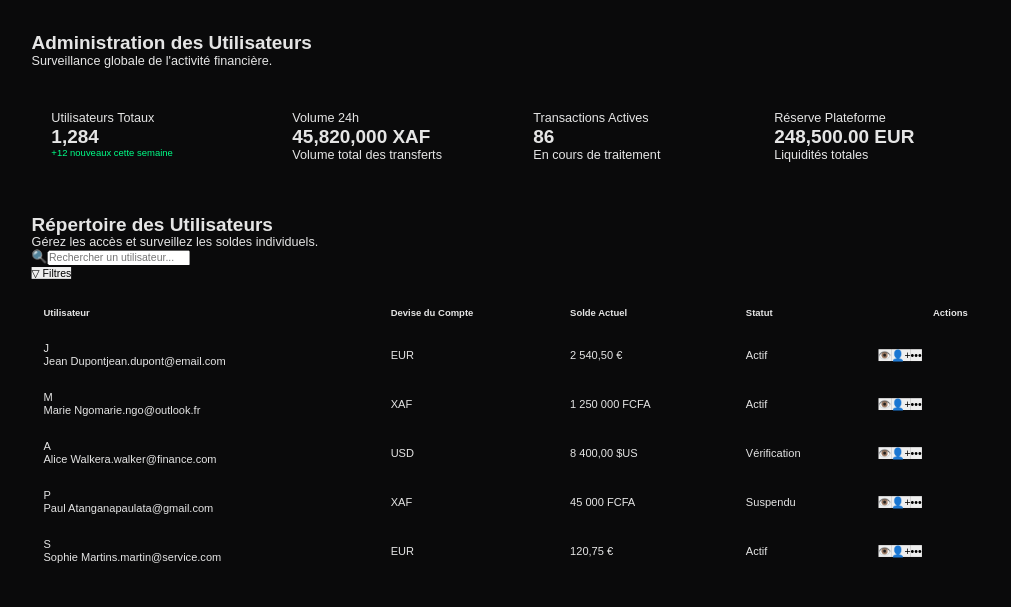
Repository: laetitiamaelle/G5_programmationwebII_l2_plateforme_de_transfert_multidevise
Page: /admin
These files come from the project's save history. The page is drawn as it stood at one moment and after the next save; the edit follows.
The browser window is 1280 px wide. The pictures show the whole page, at 79% of full size.
The project was rebuilt for these pictures with package versions that can differ from the ones it lists, and the page was loaded fresh each time. The framework's server and built-in components were replaced by stand-ins that run in the browser. Also part of the build but not shown: next.config.ts.

Above is the page before, as saved 2026-05-13 13:08:00.

### app/admin/page.tsx
"use client";

import StatCard from '@/components/statCard';
import UserTable from '@/components/userTable';
import Sidebar from '@/components/Sidebar';

export default function DashboardPage() {
  return (
    <div className="dashboard-view">
      <section className="welcome">
        <h1>Administration des Utilisateurs</h1>
        <p>Surveillance globale de l'activité financière.</p>
      </section>
      <div className="stats-grid">
        <StatCard
          label="Utilisateurs Totaux"
          value="1,284"
          trend="+12 nouveaux cette semaine"
        />
        <StatCard
          label="Volume 24h"
          value="45,820,000 XAF"
          subtext="Volume total des transferts"
        />
        <StatCard
          label="Transactions Actives"
          value="86"
          subtext="En cours de traitement"
        />
        <StatCard
          label="Réserve Plateforme"
          value="248,500.00 EUR"
          isGold={true}
          subtext="Liquidités totales"
        />
      </div>
    <section className="table-section-wrapper" style={{ marginTop: '40px' }}>
    <UserTable />
      </section>
    </div>
  );
}

### app/globals.css
* {
    margin: 0;
    padding: 0;
    box-sizing: border-box;
}

body {
    background: #0A0A0B;
    color: #E5E5E5;
    font-family: Arial, sans-serif;
}

a {
    text-decoration: none;
    color: inherit;
}

button {
    cursor: pointer;
    border: none;
    font-family: inherit;
}

### components/statCard.tsx
'use client'
import React from 'react';
import './admin.css'

interface StatCardProps {
  label: string;
  value: string;
  subtext?: string;
  trend?: string;
  isGold?: boolean; // Pour activer la bordure dorée si besoin
}

export default function StatCard({ label, value, subtext, trend, isGold }: StatCardProps) {
  return (
    <div className={`stat-card ${isGold ? 'gold-border' : ''}`}>
      <span className="card-label">{label}</span>
      <h2 className={isGold ? 'gold-text' : ''}>{value}</h2>

      {trend && <p className="trend">{trend}</p>}
      {subtext && <p className="subtext">{subtext}</p>}
    </div>
  );
}

### components/userTable.tsx
'use client'
import React from 'react';
import './admin.css'

const users = [
  { id: 1, name: "Jean Dupont", email: "jean.dupont@email.com", currency: "EUR", balance: "2 540,50 €", status: "Actif" },
  { id: 2, name: "Marie Ngo", email: "marie.ngo@outlook.fr", currency: "XAF", balance: "1 250 000 FCFA", status: "Actif" },
  { id: 3, name: "Alice Walker", email: "a.walker@finance.com", currency: "USD", balance: "8 400,00 $US", status: "Vérification" },
  { id: 4, name: "Paul Atangana", email: "paulata@gmail.com", currency: "XAF", balance: "45 000 FCFA", status: "Suspendu" },
  { id: 5, name: "Sophie Martin", email: "s.martin@service.com", currency: "EUR", balance: "120,75 €", status: "Actif" },
];

export default function UserTable() {
  return (
    <div className="user-table-container">
      <div className="table-header-row">
        <div className="table-title-area">
          <h2>Répertoire des Utilisateurs</h2>
          <p>Gérez les accès et surveillez les soldes individuels.</p>
        </div>
        <div className="table-controls">
          <div className="inner-search">
            <span>🔍</span>
            <input type="text" placeholder="Rechercher un utilisateur..." />
          </div>
          <button className="filter-btn-table">
             <span>▽</span> Filtres
          </button>
        </div>
      </div>

      {/* LE TABLEAU */}
      <table className="user-table">
        <thead>
          <tr>
            <th>Utilisateur</th>
            <th>Devise du Compte</th>
            <th>Solde Actuel</th>
            <th>Statut</th>
            <th style={{ textAlign: 'right' }}>Actions</th>
          </tr>
        </thead>
        <tbody>
          {users.map((u) => (
            <tr key={u.id}>
              <td>
                <div className="user-info-cell">
                  <div className="user-avatar-circle">
                    {u.name.charAt(0)}
                  </div>
                  <div className="user-text-meta">
                    <span className="user-full-name">{u.name}</span>
                    <span className="user-email-addr">{u.email}</span>
                  </div>
                </div>
              </td>
              <td className="currency-cell">{u.currency}</td>
              <td className="balance-cell">{u.balance}</td>
              <td>
                <span className={`status-pill ${u.status.toLowerCase().replace('é', 'e')}`}>
                  {u.status}
                </span>
              </td>
              <td className="actions-cell-icons">
                <button title="Voir">👁️</button>
                <button title="Ajouter">👤+</button>
                <button title="Plus">•••</button>
              </td>
            </tr>
          ))}
        </tbody>
      </table>
    </div>
  );
}

### components/admin.css
.sidebar {
    width: 260px;
    background: var(--bg-sidebar);
    border-right: 1px solid var(--border);
    display: flex;
    flex-direction: column;
    padding: 30px 20px;
    height: 100vh;
}

.sidebar-nav {
    flex-grow: 1;
}

.sidebar-footer {
    margin-top: auto;
    padding-top: 20px;
    border-top: 1px solid var(--border);
}

.logout-btn {
    background: none;
    border: none;
    color: var(--text-muted);
    display: flex;
    align-items: center;
    gap: 10px;
    padding: 10px;
    cursor: pointer;
    font-size: 14px;
    width: 100%;
    transition: color 0.3s;
}

.logout-btn:hover {
    color: #ff4444;
}

.logout-icon {
    font-size: 18px;
}

.sidebar-brand {
    font-size: 22px;
    font-weight: bold;
    margin-bottom: 50px;
}

.logo-yellow {
    color: var(--accent);
}

.nav-group p {
    font-size: 10px;
    color: var(--text-muted);
    margin: 25px 0 10px;
}

.sidebar-nav ul {
    list-style: none;
    padding: 0;
}

.sidebar-nav li {
    padding: 12px;
    color: var(--text-muted);
    cursor: pointer;
    border-radius: 8px;
}

.sidebar-nav li.active {
    background: #1f2229;
    color: white;
    font-weight: bold;
}

.admin-link {
    color: var(--accent) !important;
}

.main-content {
    flex: 1;
    display: flex;
    flex-direction: column;
    overflow: hidden;
}

.top-nav {
    height: 70px;
    border-bottom: 1px solid var(--border);
    display: flex;
    align-items: center;
    justify-content: space-between;
    padding: 0 40px;
}

.search-wrapper {
    background: #1b1d24;
    padding: 10px 20px;
    border-radius: 8px;
    border: 1px solid var(--border);
}

.search-wrapper input {
    background: none;
    border: none;
    color: white;
    margin-left: 10px;
    width: 300px;
}

.top-nav-right {
    display: flex;
    align-items: center;
    gap: 20px;
}

.admin-profile {
    display: flex;
    align-items: center;
    gap: 15px;
    border-left: 1px solid var(--border);
    padding-left: 20px;
}

.admin-info {
    text-align: right;
}

.admin-name {
    display: block;
    font-weight: bold;
    font-size: 14px;
}

.admin-role {
    font-size: 11px;
    color: var(--text-muted);
}

.avatar {
    width: 35px;
    height: 35px;
    background: #333;
    border-radius: 50%;
    display: flex;
    align-items: center;
    justify-content: center;
    border: 1px solid var(--accent);
}

.dashboard-view {
    flex: 1;
    padding: 40px;
    overflow-y: auto;
}

.stats-grid {
    display: grid;
    grid-template-columns: repeat(4, 1fr);
    gap: 20px;
    margin: 30px 0;
}

.stat-card {
    background: var(--bg-card);
    padding: 25px;
    border-radius: 12px;
    border: 1px solid var(--border);
}

.gold-text {
    color: var(--accent);
}

.trend {
    color: #00ff88;
    font-size: 12px;
}

.table-section {
    background: var(--bg-card);
    border-radius: 12px;
    border: 1px solid var(--border);
    padding: 25px;
}

.user-table {
    width: 100%;
    border-collapse: collapse;
    margin-top: 20px;
}

th {
    text-align: left;
    color: var(--text-muted);
    font-size: 12px;
    padding: 15px;
    border-bottom: 1px solid var(--border);
}

td {
    padding: 15px;
    border-bottom: 1px solid var(--border);
    font-size: 14px;
}

.status {
    padding: 4px 12px;
    border-radius: 20px;
    font-size: 11px;
}

.status.actif {
    background: rgba(0, 255, 136, 0.1);
    color: #00ff88;
}

.status.suspendu {
    background: rgba(255, 68, 68, 0.1);
    color: #ff4444;
}

.icon-spacing {
  margin-right: 12px;
  font-size: 18px;
  vertical-align: middle;
  display: inline-flex;
}

.action-icon-btn {
  background: none;
  border: none;
  color: #71767e;
  cursor: pointer;
  padding: 5px;
  font-size: 16px;
  transition: 0.2s;
}

.action-icon-btn:hover {
  color: #f3ba2f;
}

.sidebar-nav ul li i {
  width: 20px;
}

.sidebar-brand {
  height: 70px;
  display: flex;
  align-items: center;
  padding-top: 15px;
  padding-left: 20px;
  margin: 0;
}

.brand-logo-full {
  width: auto;
  height: 45px;
  object-fit: contain;
  margin-top: 10px;
}


.sidebar {
  padding-top: 0 !important;
}

.top-nav {
  height: 70px;
  display: flex;
  align-items: center;
}

### components/Sidebar.tsx
'use client'
import Link from 'next/link'
import { usePathname } from 'next/navigation'
import { Home, Send, ArrowLeftRight, Users, Shield, Settings, LogOut} from 'lucide-react'
import './Sidebar.css'

export default function Sidebar() {
    const pathname = usePathname()

    return (
        <aside className='sidebar'>
            <div className='logo'>
                <img src="/public/logo.jpeg" alt="Cashflow" className='logo-img'/>
            </div>

            <nav className='nav'>
                <p className='nav-title'>MAIN NAVIGATION</p>
                <Link href="#" className={`nav-item #{pathname === '/home' ? 'active' : ''}`}>
                    <Home size={18} /> Home
                </Link>
                <Link href="/transfert" className="nav-item">
                    <Send size={18} /> Transfer
                </Link>
                <Link href="/transactions" className={`nav-item #{pathname === '/transactions' ? 'active' : ''}`}>
                    <ArrowLeftRight size={18} /> Transactions
                </Link>
                <Link href="#" className="nav-item">
                    <Users size={18} /> Contacts
                </Link>

                <p className="nav-title">MANAGEMENT</p>
                <Link href="/exchange-rates" className={`nav-item #{pathname === '/exchanges-rates' ? 'active' : ''}`}>
                    <Shield size={18} /> Exchanges-rates
                </Link>
                <Link href="/admin" className="nav-item">
                    <Settings size={18} /> Admin Panels
                </Link>
            </nav>

            <div className='logout'>
                <button className='nav-item'>
                    <LogOut size={18} />Log Out
                </button>
            </div>
        </aside>
    )
}

### components/Sidebar.css
.sidebar {
    width: 256px;
    background: #111113;
    border-right: 1px solid #1F1F23;
    display: flex;
    flex-direction: column;
    height: 100vh;
}

.logo {
    padding: 24px;
}

.logo-img {
    height: 28px;
    width: auto;
}

.nav {
    flex: 1;
    padding: 0 16px;
}

.nav-title {
    font-size: 11px;
    color: #6B7280;
    padding: 0 12px;
    margin: 16px 0;
}

.nav-item {
    display: flex;
    align-items: center;
    gap: 12px;
    padding: 10px 12px;
    border-radius: 8px;
    color: #9CA3AF;
    font-size: 14px;
    margin-bottom: 4px;
    width: 100%;
    background: none;
}

.nav-item:hover {
    background: #1A1A1D;
    color: white;
}

.nav-item.active {
    background: #1A1A1D;
    color: #FACC15;
}

.logout {
    padding: 16px;
    border-top: 1px solid #1F1F23;
}

Loaded but not shown: app/layout.tsx (common file)

After the next save:
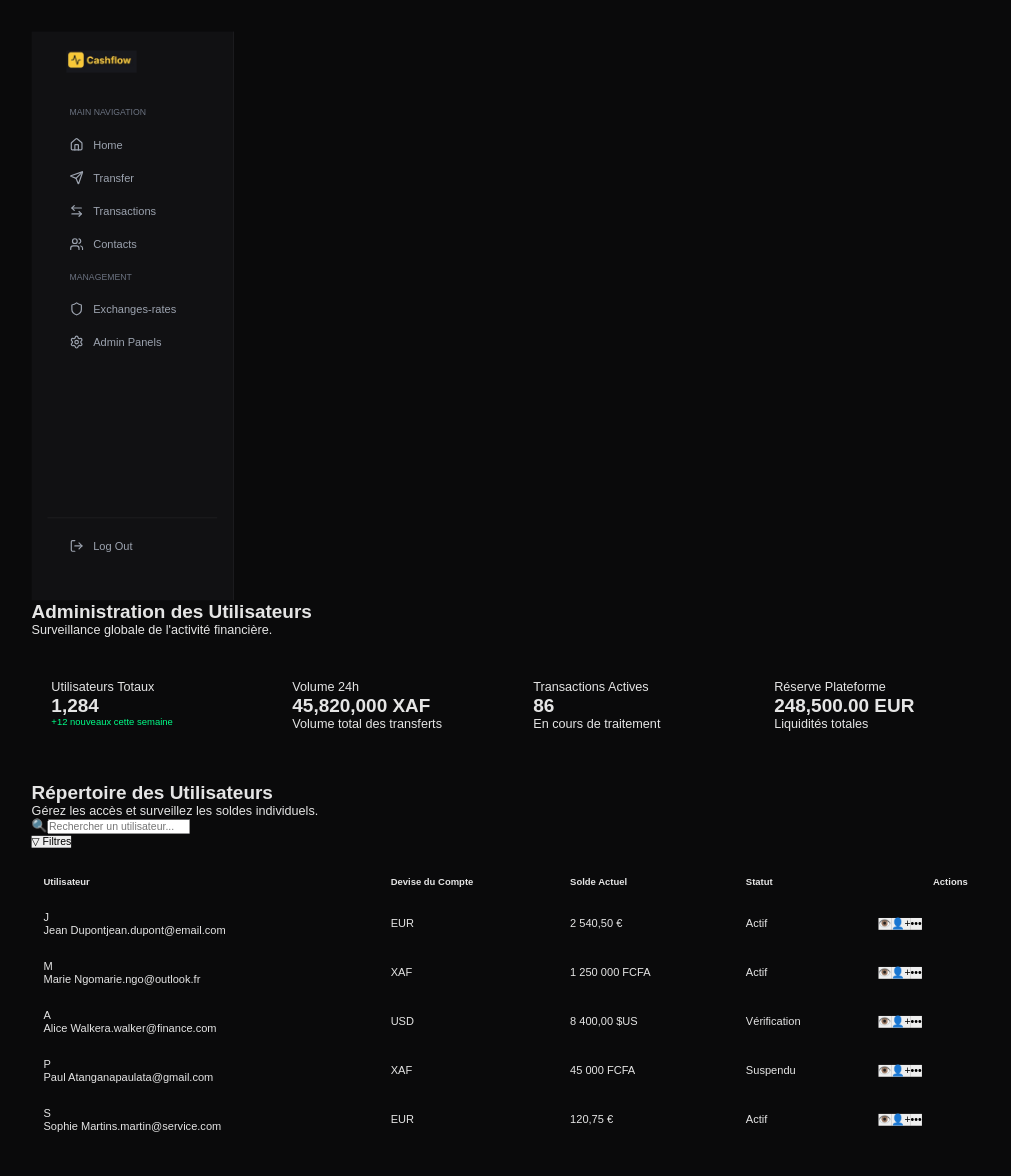
Saved 106 s later.
--- a/app/admin/page.tsx
+++ b/app/admin/page.tsx
@@ -7,6 +7,7 @@
 export default function DashboardPage() {
   return (
     <div className="dashboard-view">
+        <Sidebar />
       <section className="welcome">
         <h1>Administration des Utilisateurs</h1>
         <p>Surveillance globale de l'activité financière.</p>

After the 3 saves that followed:
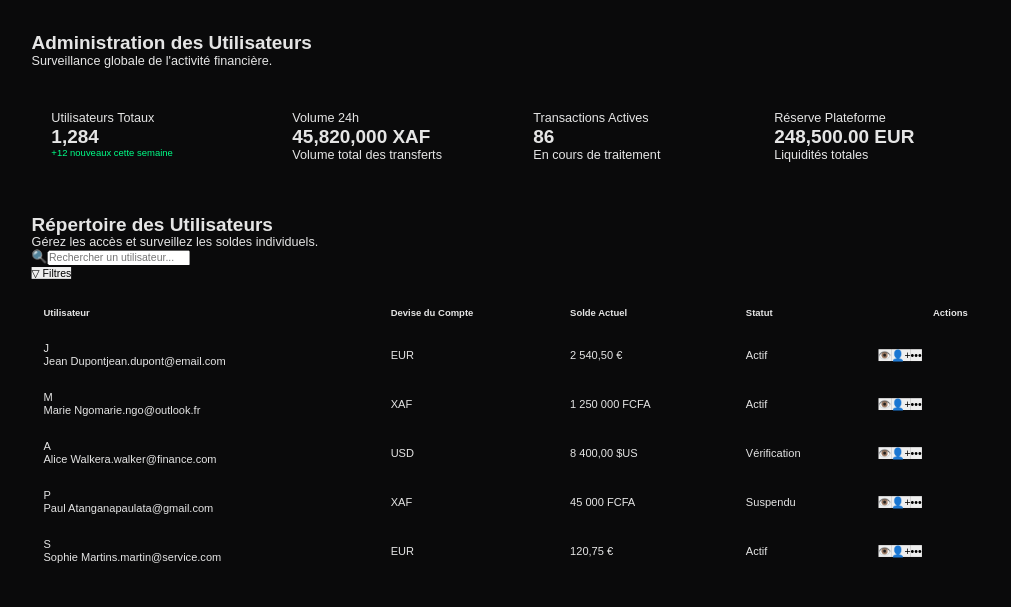
The 3 saves are shown as one change because 2 left the picture as it was.
The last was saved 6 min 15 s later.
--- a/app/admin/page.tsx
+++ b/app/admin/page.tsx
@@ -7,7 +7,6 @@
 export default function DashboardPage() {
   return (
     <div className="dashboard-view">
-        <Sidebar />
       <section className="welcome">
         <h1>Administration des Utilisateurs</h1>
         <p>Surveillance globale de l'activité financière.</p>
